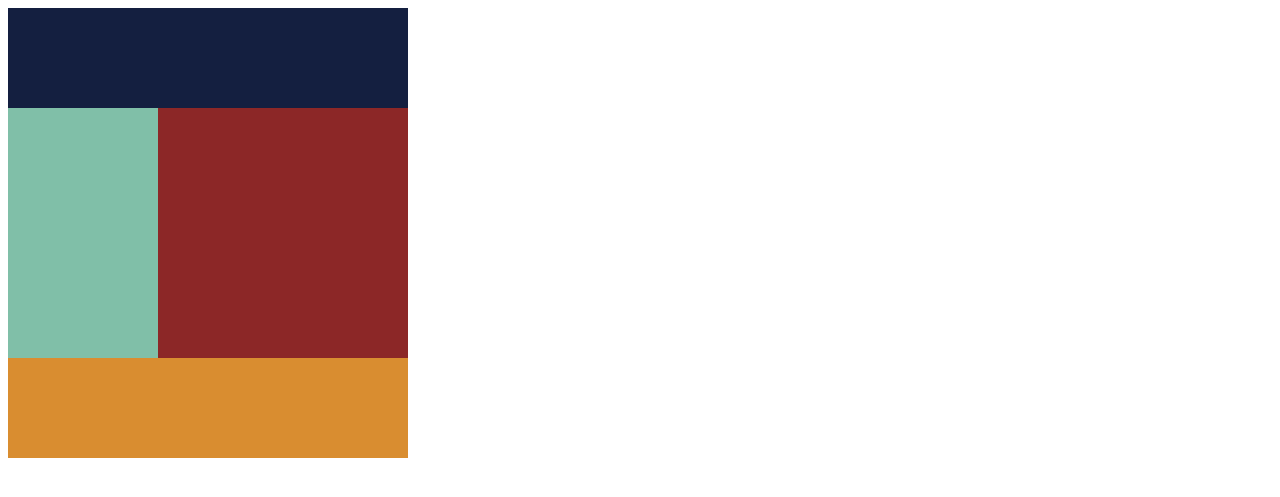
Repository: natuki-i/curriculum
Page: http://localhost/
The author's editor kept a copy of each file at every save. The page is drawn from the files as they stood at one save, then again after the next save.
The browser window is 1280 px wide. The pictures show the whole page.
The page is run by PHP 8.4 with error messages shown; the project is at /var/www/html/.

Above is the page before, as saved 2022-11-26 19:53:04.

After the next save:
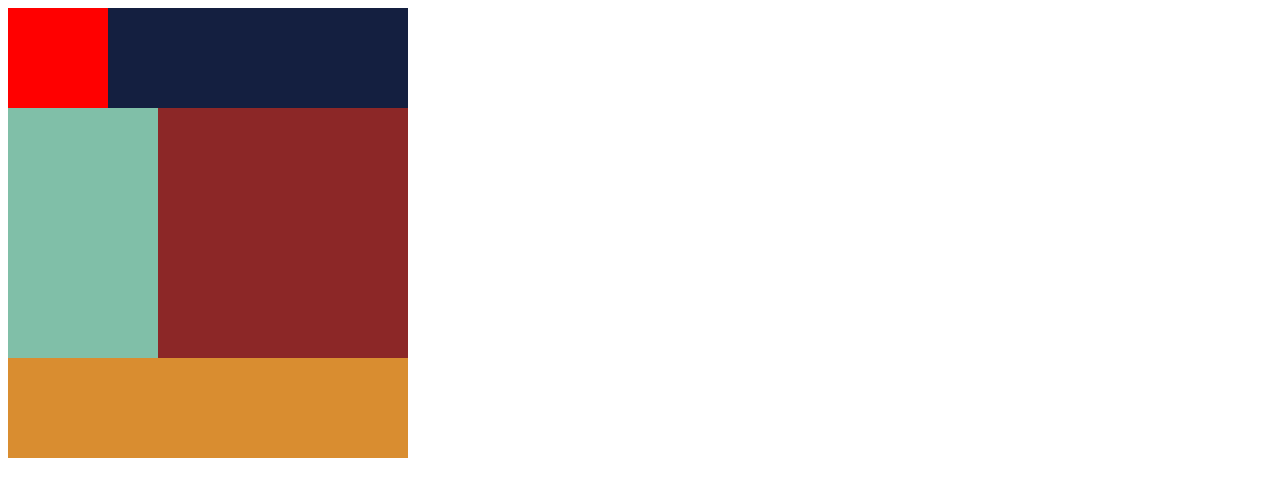
Saved 3 min 1 s later.
--- a/PHPjob/1/css/style.css
+++ b/PHPjob/1/css/style.css
@@ -2,10 +2,9 @@
     width: 400px;
     height: 100px;
     background-color: #141f40;
-    display: flex;
 }
 
-.h-box {
+.h-box1 {
     width: 100px;
     height: 100px;
     background-color: red;

After the 4 saves that followed:
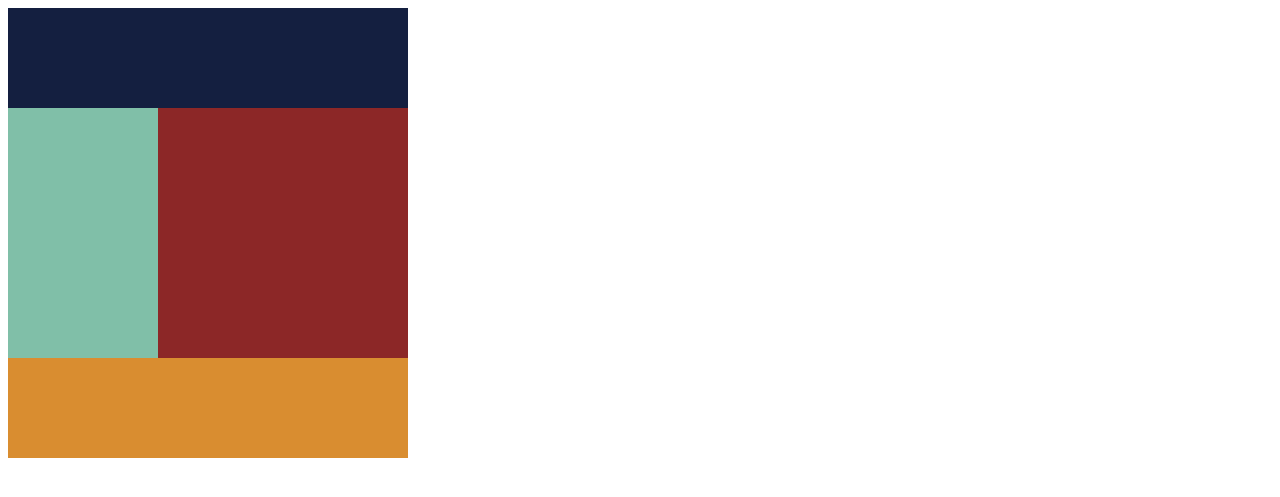
The 4 saves are shown as one change because 3 left the picture as it was.
The last was saved 111 s later.
--- a/PHPjob/1/index.html
+++ b/PHPjob/1/index.html
@@ -9,10 +9,11 @@
 </head>
 <body>
     <div class="header">
-        <div class="h-box1"></div>
-        <div class="h-box2"></div>
-        <div class="h-box3"></div>
-
+        <div class="h-box">
+            <div class="h-box1"></div>
+            <div class="h-box2"></div>
+            <div class="h-box3"></div>
+        </div>
     </div>
     <div class="main clearfix">
         <div class="left"></div>
--- a/PHPjob/1/css/style.css
+++ b/PHPjob/1/css/style.css
@@ -4,10 +4,8 @@
     background-color: #141f40;
 }
 
-.h-box1 {
-    width: 100px;
-    height: 100px;
-    background-color: red;
+.h-box {
+    display: flex;
 }
 
 .main {
